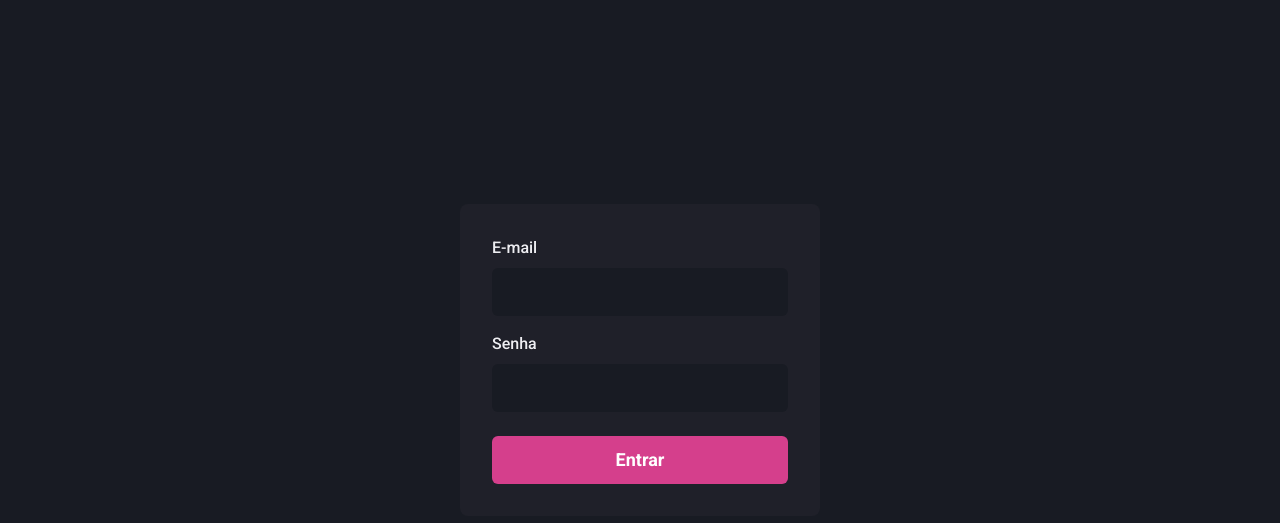
Repository: caueenrico/DashGO
Page: /
These files come from the project's save history. The page is drawn as it stood at one moment and after a run of saves; the edit follows.
The browser window is 1280 px wide. The pictures show the whole page.
The project was rebuilt for these pictures with package versions that can differ from the ones it lists, and the page was loaded fresh each time. The framework's server and built-in components were replaced by stand-ins that run in the browser. Also part of the build but not shown: next.config.js.

Above is the page before, as saved 2023-03-14 09:35:04.

After the next 3 saves:
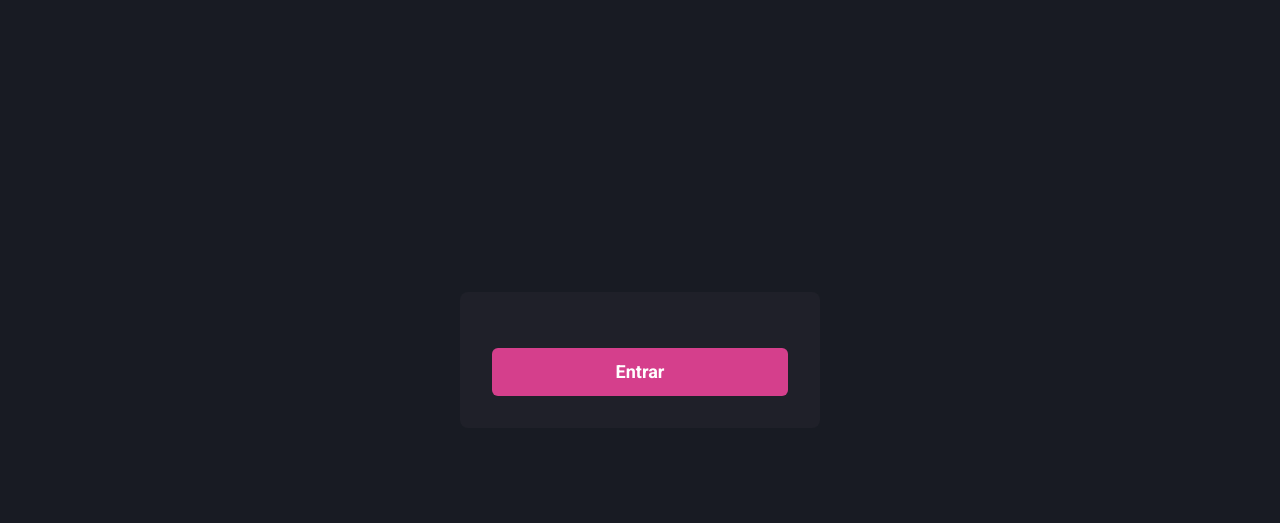
The 3 saves are shown as one change because they came seconds apart.
The last was saved 22 s later.
--- a/src/pages/index.tsx
+++ b/src/pages/index.tsx
@@ -20,37 +20,10 @@ export default function Home() {
         flexDir="column"
       >
         <Stack spacing="4">
-          <FormControl>
-            <FormLabel htmlFor="email">E-mail</FormLabel>
-            <Input
-              name="email"
-              id="email"
-              type="email"
-              focusBorderColor="pink.500"
-              bg={"gray.900"}
-              variant="filled"
-              _hover={{
-                bg: "gray.900",
-              }}
-              size="lg"
-            />
-          </FormControl>
 
-          <FormControl>
-            <FormLabel htmlFor="password">Senha</FormLabel>
-            <Input
-              name="password"
-              id="password"
-              type="password"
-              focusBorderColor="pink.500"
-              bg={"gray.900"}
-              variant="filled"
-              _hover={{
-                bg: "gray.900",
-              }}
-              size="lg"
-            />
-          </FormControl>
+
+
+
         </Stack>
 
         <Button type="submit" mt="6" colorScheme={"pink"} size="lg">
